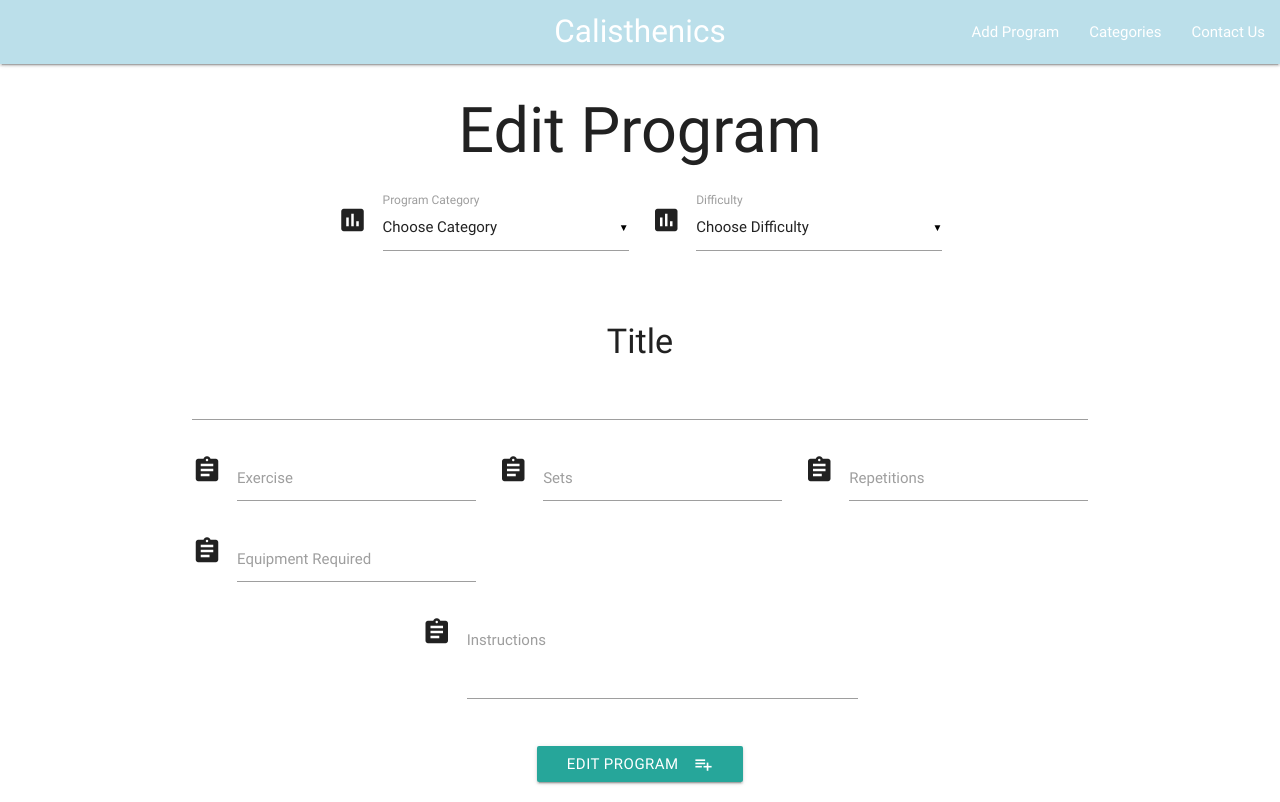
Repository: Ario124/calisthenics-project
Page: templates/edit_program.html
The author's editor kept a record of every edit. The page is drawn from the files as they stood at one moment, then again after the next edit.
The browser window is 1280 px wide. The pictures show the whole page.
The page is served by the project's application, run on Flask 3 (app.py). The template is opened directly, without the code that normally fills it, so the values that code supplies are empty.

Above is the page before.
Console error: TypeError: Cannot read properties of null (reading 'addEventListener')

### templates/edit_program.html
{% extends 'base.html' %}
{% block content %}


            <h1 class="center-align">Edit Program</h1>
       <div class="container">

           <form action="{{url_for('edit_program', program_id=program._id)}}" method="POST" class="col s12">
                <div class="row">
            <div class="row">
                <div class="input-field col s4 offset-s2">
                    <i class="material-icons prefix">poll</i>
                    <select id="category" name="category_name">
                  <option value="" disabled selected>Choose Category</option>
                  {% for cat in categories %}
                      {% if cat.category_name == program.category_name %}
                      <option value="{{cat.category_name}}" selected>{{cat.category_name}}</option>
                      {% else %}
                      <option value="{{cat.category_name}}">{{cat.category_name}}</option>
                   {% endif %}
                  {% endfor %}
                </select>
                    <label>Program Category</label>
                </div>




                <div class="input-field col s4">
                    <i class="material-icons prefix">poll</i>
                    <select id="difficulty" name="difficulty_level">
                  <option value="" disabled selected>Choose Difficulty</option>
                  {% for dif in difficulties %}
                      {% if dif.difficulty_level == program.difficulty_level %}
                      <option value="{{dif.difficulty_level}}" selected>{{dif.difficulty_level}}</option>
                      {% else %}
                      <option value="{{dif.difficulty_level}}">{{dif.difficulty_level}}</option>
                   {% endif %}
                  {% endfor %}
                </select>
                    <label>Difficulty</label>
                </div>
            </div>


            <div class="input-field col s12">
                <h4 class="center-align">Title</h4>
                <input id="program_name" name="program_name" type="text" class="center-align validate" value="{{program.program_name}}">

            </div>

            <div class="input-field col s4">
                <i class="material-icons prefix">assignment</i>
                <input id="exercise" name="exercise" type="text" class="validate" value="{{program.exercise}}">
                <label for="icon_prefix">Exercise</label>
            </div>

                        <div class="input-field col s4">
                <i class="material-icons prefix">assignment</i>
                <input id="sets_amount" name="sets_amount" type="text" class="validate" value="{{program.sets_amount}}">
                <label for="icon_prefix">Sets</label>
            </div>

                                    <div class="input-field col s4">
                <i class="material-icons prefix">assignment</i>
                <input id="reps_amount" name="reps_amount" type="text" class="validate" value="{{program.reps_amount}}">
                <label for="icon_prefix">Repetitions</label>
            </div>


            <div class="input-field col s4">
                <i class="material-icons prefix">assignment</i>
                <input id="equipment_required" name="equipment_required" type="text" class="validate" value="{{program.equipment_required}}">
                <label for="icon_prefix">Equipment Required</label>
            </div>
                        <div class="input-field col s6 offset-s3">
                <i class="material-icons prefix">assignment</i>
                <textarea name="description" id="description" class="materialize-textarea">{{program.description}}</textarea>
                <label for="icon_prefix">Instructions</label>
            </div>

        </div>
                                <div class="row center-align">
            <button class="btn waves-effect waves-light" type="submit" name="action">Edit Program
                <i class="material-icons right">playlist_add</i>
             </button>
        </div>
         </form>
       </div>





{% endblock %}

### templates/base.html
<!DOCTYPE html>
<html lang="en">
<head>
    <link href="https://fonts.googleapis.com/icon?family=Material+Icons" rel="stylesheet">
    <link rel="stylesheet" href="https://cdnjs.cloudflare.com/ajax/libs/materialize/0.100.2/css/materialize.min.css">
                <link rel="stylesheet" href="{{url_for('static', filename="css/main.css")}}" type="text/css" />

    <title>Calisthenics Project</title>
</head>
<body>
<header>

    <div class="navbar-fixed">
        <nav>
            <div class="nav-wrapper">
              <a href="{{url_for('home')}}" class="brand-logo center">Calisthenics</a>
              <ul id="nav-mobile" class="right hide-on-med-and-down">
                <li><a href="{{url_for('add_program')}}">Add Program</a></li>
                <li><a href="{{url_for('categories')}}">Categories</a></li>
                <li><a href="{{url_for('contact')}}">Contact Us</a></li>
              </ul>
            </div>
      </nav>
    </div>


</header>
    {% block content %}
    {% endblock %}

    <script src="https://cdnjs.cloudflare.com/ajax/libs/jquery/3.4.1/jquery.min.js"></script>
    <script src="https://cdnjs.cloudflare.com/ajax/libs/materialize/0.100.2/js/materialize.min.js"></script>


        <!--- Problem with new Chrome version, seems like the materialize dropdown is not working properly.
              Due to this incident you might have to click twice before being able to select.--->

    <script type="text/javascript">

        $(document).ready(function () {
            $('.collapsible').collapsible();
            $('select').material_select();
        });

          $(document).ready(function(){
    $('.modal').modal();
  });

        document.getElementById("matfix").addEventListener("click", function(e) {
	e.stopPropagation();
});

    </script>

</body>
</html>

### app.py
import os
from flask import Flask, render_template, redirect, request, url_for
from flask_pymongo import PyMongo
from bson.objectid import ObjectId

app = Flask(__name__)


app.config["MONGO_DBNAME"] = 'calisthenics-project'
app.config["MONGO_URI"] = 'mongodb+srv://root:pasol005@myfirstcluster-qno2b.mongodb.net/calisthenics?retryWrites=true&w=majority'


mongo = PyMongo(app)

@app.route('/')
@app.route('/home')
def home():
    return render_template('index.html')

@app.route('/add_program')
def add_program():
    return render_template('add_program.html', categories =mongo.db.categories.find(), difficulty =mongo.db.difficulty.find())


@app.route('/categories')
def categories():
    return render_template('categories.html')

@app.route('/contact')
def contact():
    return render_template('contact.html')

@app.route('/get_programs')
def get_programs():
    return render_template('programs.html',
        training_programs=mongo.db.training_programs.find(), description =mongo.db.description.find())


@app.route('/insert_program', methods=['POST'])
def insert_program():
    training_programs = mongo.db.training_programs
    training_programs.insert_one(request.form.to_dict())
    return redirect(url_for('get_programs'))

@app.route('/edit_program/<program_id>')
def edit_program(program_id):
    _program = mongo.db.training_programs.find_one({"_id": ObjectId(program_id)})
    _categories = mongo.db.categories.find()
    _difficulty = mongo.db.difficulty.find()
    category_list = [category for category in _categories]
    difficulty_list = [difficult for difficult in _difficulty]
    return render_template('edit_program.html', program = _program, categories = category_list, difficulties = difficulty_list)


@app.route('/update_program/<program_id>', methods=['POST'])
def update_program(program_id):
    training_programs = mongo.db.training_programs
    training_programs.update({'_id': ObjectId(program_id)},
    {
        'category_name':request.form.get('category_name'),
        'difficulty_level':request.form.get('difficulty_level'),
        'program_name':request.form.get('program_name'),
        'exercise':request.form.get('exercise'),
        'sets_amount':request.form.get('sets_amount'),
        'reps_amount':request.form.get('reps_amount'),
        'equipment_required':request.form.get('equipment_required'),
        'description':request.form.get('description')
    })
    return redirect(url_for('get_programs'))

@app.route('/add_exercise')
def add_exercise():
    return render_template('add_exercise.html')

if __name__ == '__main__':
    app.run(host=os.environ.get('IP'),
            port=int(os.environ.get('PORT')),
            debug=True)

### static/css/main.css
nav {
    background-color: #2c9cbd52;

}

.brand-logo {
    font-size: 40px;
}

.video-container iframe, .video-container object, .video-container embed {
    position: absolute;
    top: 0;
    left: 0;
    width: 100%;
    height: 100%;

}


.circle {
    width: 36%;
}

.video-container {
    bottom: 65px;
    z-index: -4;
}

.collapsible-header {

}

.rrow {
    font-size: 100px;
}

.contoo {
    background-color: #212525e8;
    color: orange;
}

.program-header {
    margin-top: 5px;
}

After the next edit:
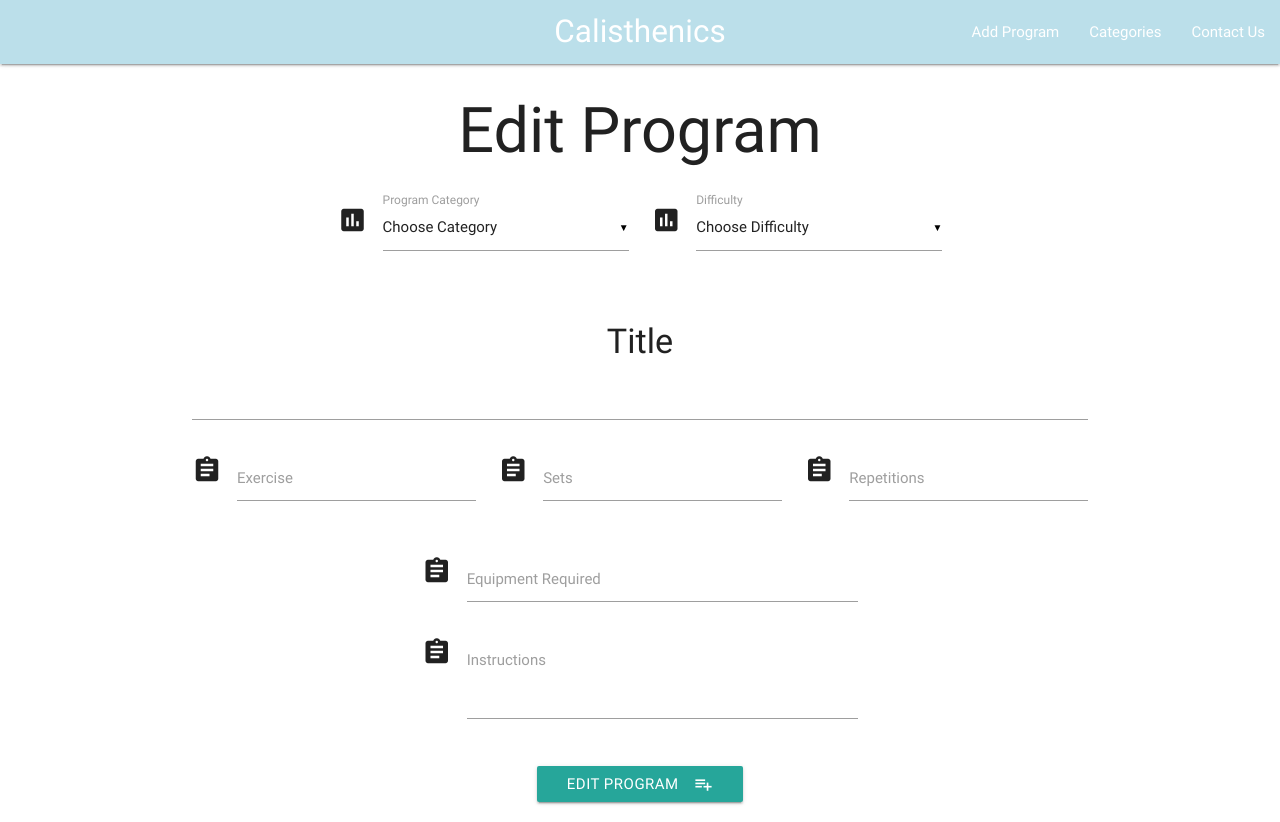
The edit:
--- a/templates/edit_program.html
+++ b/templates/edit_program.html
@@ -67,8 +67,10 @@
                 <label for="icon_prefix">Repetitions</label>
             </div>
 
+            <div class="row">
 
-            <div class="input-field col s4">
+            </div>
+            <div class="input-field col s6 offset-s3">
                 <i class="material-icons prefix">assignment</i>
                 <input id="equipment_required" name="equipment_required" type="text" class="validate" value="{{program.equipment_required}}">
                 <label for="icon_prefix">Equipment Required</label>
